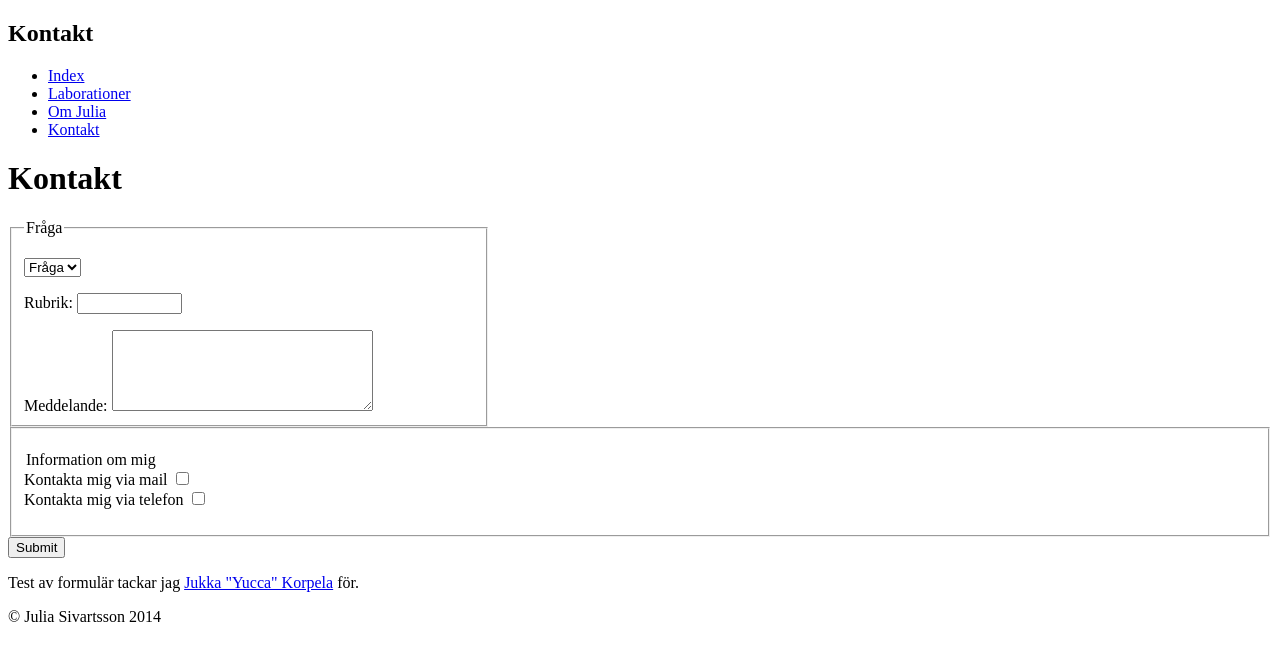
Repository: JuliaSivartsson/1ik415-jsigc09-laborationer
Page: pages/kontakt.html
The author's editor kept a record of every edit. The page is drawn from the files as they stood at one moment, then again after the next edit.
The browser window is 1280 px wide. The pictures show the whole page.

Above is the page before.

### pages/kontakt.html
<!DOCTYPE html>
<html lang="sv">

<head>
<meta charset="UTF-8" />
<!-- Sidans titel -->
<title>Kontakt</title>

</head>
<body>

    <!-- Meny -->
    <!-- Rubrik 2 (lite mindre format) -->
    <h2>Kontakt</h2>
    <ul>
        <li><a href="../index.html">Index</a></li>
        <li><a href="laborationer.html">Laborationer</a></li>
        <li><a href="presentation.html">Om Julia</a></li>
        <li><a href="kontakt.html">Kontakt</a></li>
    </ul>

    <!-- Rubrik 1 -->
    <h1>Kontakt</h1>

    <form id="form" name="form" method="post" action=" http://www.cs.tut.fi/cgi-bin/run/~jkorpela/echoraw.cgi">
    <fieldset style="width: 450px;">
    <legend>Fråga</legend>
        <p><select name="arende" id="arende">
            <option value="fraga"> Fråga </option>
            <option value="asikt"> Åsikt </option>
            <option value="kritik"> Kritik </option>
        </select></p>

        <p><label for="rubrik">Rubrik:</label>
        <input type="text" name="rubrik" id="rubrik" size="10" /></p>

        <label for="meddelande">Meddelande:</label>
        <textarea name="meddelande" id="meddelande" cols="30" rows="5"></textarea>
    </fieldset>

    <fieldset>
    <p><legend>Information om mig</legend>
    <label for="mail">Kontakta mig via mail</label>
    <input type="checkbox" name="mail" id="mail" value="mail"/><br />
    <label for="telefon">Kontakta mig via telefon</label>
    <input type="checkbox" name="telefon" id="telefon" value="telefon"/><br />
    </fieldset>
    <input type="submit" name="submit" id="submit"/>

    <p>
        Test av formulär tackar jag <a target="_blank" href="http://www.cs.tut.fi/~jkorpela/forms/testing.html">Jukka "Yucca" Korpela</a> för.
    </p>

    <!-- Längst ner på sidan -->
    <footer>
        © Julia Sivartsson 2014
    </footer>

</body>
</html>

After the next edit:
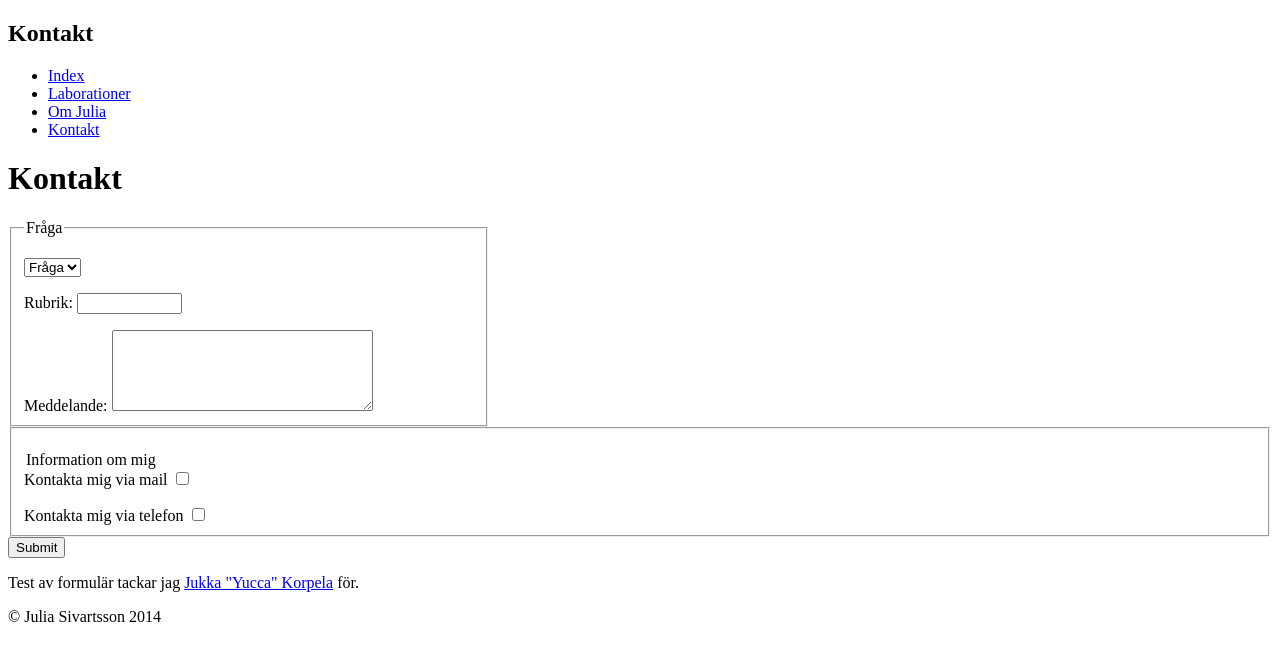
The edit:
--- a/pages/kontakt.html
+++ b/pages/kontakt.html
@@ -41,7 +41,8 @@
     <fieldset>
     <p><legend>Information om mig</legend>
     <label for="mail">Kontakta mig via mail</label>
-    <input type="checkbox" name="mail" id="mail" value="mail"/><br />
+    <input type="checkbox" name="mail" id="mail" value="mail"/>
+    </p>
     <label for="telefon">Kontakta mig via telefon</label>
     <input type="checkbox" name="telefon" id="telefon" value="telefon"/><br />
     </fieldset>
